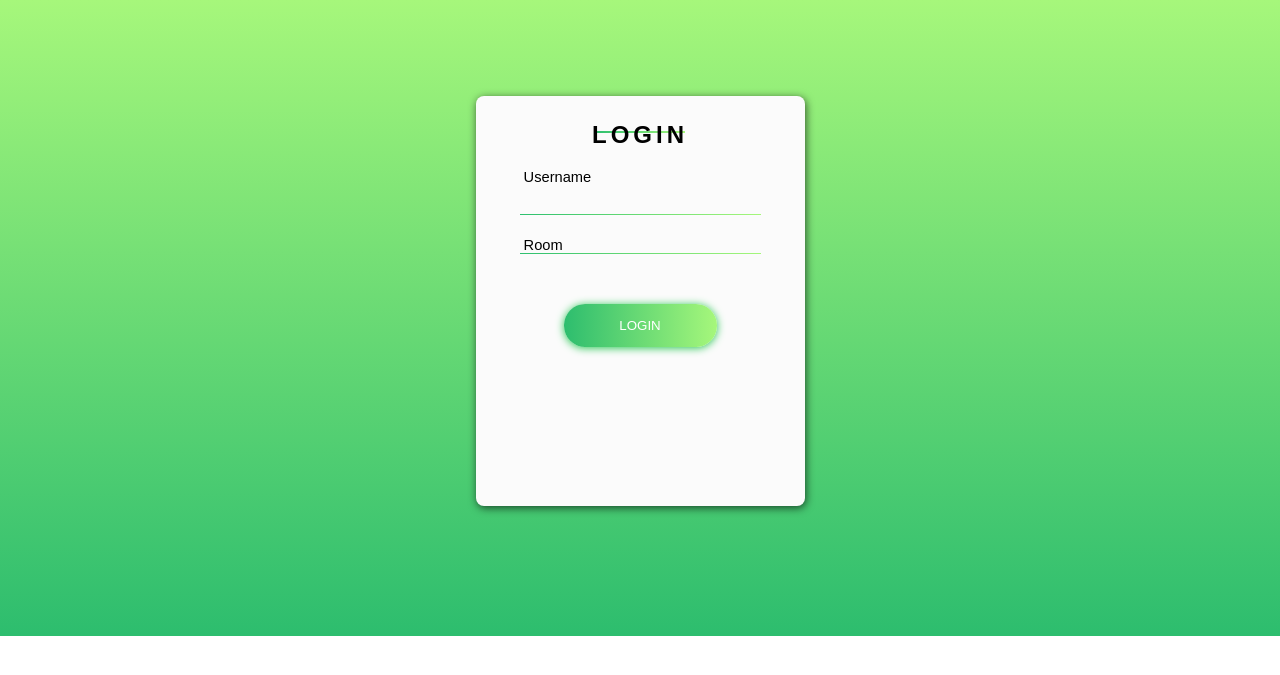
Repository: satyam12116/chat
Page: public/index.html
These files come from the project's save history. The page is drawn as it stood at one moment and after a run of saves; the edit follows.
The browser window is 1280 px wide. The pictures show the whole page.
Some web libraries are served in a nearby version.

Above is the page before, as saved 2023-03-26 11:13:05.

### public/index.html
<!DOCTYPE html>
<html lang="en">
	<head>
		<meta charset="UTF-8" />
		<meta name="viewport" content="width=device-width, initial-scale=1.0" />
		<meta http-equiv="X-UA-Compatible" content="ie=edge" />
		<link
			rel="stylesheet"
			href="https://cdnjs.cloudflare.com/ajax/libs/font-awesome/5.12.1/css/all.min.css"
			integrity="sha256-mmgLkCYLUQbXn0B1SRqzHar6dCnv9oZFPEC1g1cwlkk="
			crossorigin="anonymous"
		/>
		<link rel="stylesheet" href="css/style.css" />
		<title>ChatCord App</title>
	</head>
	<body>
		<!-- <div class="join-container">
			<header class="join-header">
				<h1><i class="fas fa-smile"></i> ChatCord</h1>
			</header>
			<main class="join-main">
				<form action="chat.html">
					<div class="form-control">
						<label for="username">Username</label>
						<input
							type="text"
							name="username"
							id="username"
							placeholder="Enter username..."
							required
						/>
					</div>
					<div class="form-control">
						<label for="room">Room</label>
						<select name="room" id="room">
							<option value="JavaScript">JavaScript</option>
							<option value="Python">Python</option>
							<option value="PHP">PHP</option>
							<option value="C#">C#</option>
							<option value="Ruby">Ruby</option>
							<option value="Java">Java</option>
						</select>
					</div>
					<button type="submit"class="glow-on-hover">Join Chat</button>
				</form>
			</main>
		</div> -->
		<div id="card">
			<div id="card-content">
			  <div id="card-title">
				<h2>LOGIN</h2>
				<div class="underline-title"></div>
			  </div>
			  <form method="post" class="form">
				<label for="user-email" style="padding-top:13px">
					&nbsp;Username
				  </label>
				<input id="user-email" class="form-content" type="email" name="email" autocomplete="on" required />
				<div class="form-border"></div>
				<label for="user-password" style="padding-top:22px">&nbsp;Room
				  </label>
				<!-- <input id="user-password" class="form-content" type="password" name="password" required /> -->
				<div class="form-border"></div>
				<!-- <a href="#">
				  <legend id="forgot-pass">Forgot password?</legend>
				</a> -->
				<input id="submit-btn" type="submit" name="submit" value="LOGIN" />
				<!-- <a href="#" id="signup">Don't have account yet?</a> -->
			  </form>
			</div>
		  </div>
	</body>
</html>

### public/css/style.css
@import url('https://fonts.googleapis.com/css?family=Roboto&display=swap');

:root {
	--dark-color-a: #667aff;
	--dark-color-b: #7386ff;
	--light-color: #e6e9ff;
	--success-color: #5cb85c;
	--error-color: #d9534f;
}

* {
	box-sizing: border-box;
	margin: 0;
	padding: 0;
}

body {
	font-family: 'Roboto', sans-serif;
	font-size: 16px;
	background: var(--light-color);
	margin: 20px;
}

ul {
	list-style: none;
}

a {
	text-decoration: none;
}

.btn {
	cursor: pointer;
	padding: 5px 15px;
	background: var(--light-color);
	color: var(--dark-color-a);
	border: 0;
	font-size: 17px;
}

/* Chat Page */

.chat-container {
	max-width: 1100px;
	background: #fff;
	margin: 30px auto;
	overflow: hidden;
}

.chat-header {
	background: var(--dark-color-a);
	color: #fff;
	border-top-left-radius: 5px;
	border-top-right-radius: 5px;
	padding: 15px;
	display: flex;
	align-items: center;
	justify-content: space-between;
}

.chat-main {
	display: grid;
	grid-template-columns: 1fr 3fr;
}

.chat-sidebar {
	background: var(--dark-color-b);
	color: #fff;
	padding: 20px 20px 60px;
	overflow-y: scroll;
}

.chat-sidebar h2 {
	font-size: 20px;
	background: rgba(0, 0, 0, 0.1);
	padding: 10px;
	margin-bottom: 20px;
}

.chat-sidebar h3 {
	margin-bottom: 15px;
}

.chat-sidebar ul li {
	padding: 10px 0;
}

.chat-messages {
	padding: 30px;
	max-height: 500px;
	overflow-y: scroll;
}

.chat-messages .message {
	padding: 10px;
	margin-bottom: 15px;
	background-color: var(--light-color);
	border-radius: 5px;
	overflow-wrap: break-word;
}

.chat-messages .message .meta {
	font-size: 15px;
	font-weight: bold;
	color: var(--dark-color-b);
	opacity: 0.7;
	margin-bottom: 7px;
}

.chat-messages .message .meta span {
	color: #777;
}

.chat-form-container {
	padding: 20px 30px;
	background-color: var(--dark-color-a);
}

.chat-form-container form {
	display: flex;
}

.chat-form-container input[type='text'] {
	font-size: 16px;
	padding: 5px;
	height: 40px;
	flex: 1;
}

/* Join Page */
.join-container {
	max-width: 500px;
	margin: 80px auto;
	color: #fff;
}

.join-header {
	text-align: center;
	padding: 20px;
	background: var(--dark-color-a);
	border-top-left-radius: 5px;
	border-top-right-radius: 5px;
}

.join-main {
	padding: 30px 40px;
	background: var(--dark-color-b);
}

.join-main p {
	margin-bottom: 20px;
}

.join-main .form-control {
	margin-bottom: 20px;
}

.join-main label {
	display: block;
	margin-bottom: 5px;
}

.join-main input[type='text'] {
	font-size: 16px;
	padding: 5px;
	height: 40px;
	width: 100%;
}

.join-main select {
	font-size: 16px;
	padding: 5px;
	height: 40px;
	width: 100%;
}

.join-main .btn {
	margin-top: 20px;
	width: 100%;
}

@media (max-width: 700px) {
	.chat-main {
		display: block;
	}

	.chat-sidebar {
		display: none;
	}
}

.glow-on-hover {
	margin-left:150px;
	font-family: cursive;
	font-weight: bold;
    width: 120px;
    height: 50px;
    border: none;
    outline: none;
    color: black;
    background:rgb(211, 84, 84);
    cursor: pointer;
    position: relative;
    z-index: 0;
    border-radius: 10px;
}

.glow-on-hover:before {
    content: '';
    background: linear-gradient(45deg, #ff0000, #ff7300, #fffb00, #48ff00, #00ffd5, #002bff, #7a00ff, #ff00c8, #ff0000);
    position: absolute;
    top: -2px;
    left:-2px;
    background-size: 400%;
    z-index: -1;
    filter: blur(5px);
    width: calc(100% + 4px);
    height: calc(100% + 4px);
    animation: glowing 20s linear infinite;
    opacity: 0;
    transition: opacity .3s ease-in-out;
    border-radius: 10px;
}

.glow-on-hover:active {
    color:whitesmoke;
}

.glow-on-hover:active:after {
    background: transparent;
}

.glow-on-hover:hover:before {
    opacity: 1;
}

.glow-on-hover:after {
    z-index: -1;
    content: '';
    position: absolute;
    width: 100%;
    height: 100%;
    background: whitesmoke;
    left: 0;
    top: 0;
    border-radius: 10px;
}

@keyframes glowing {
    0% { background-position: 0 0; }
    50% { background-position: 400% 0; }
    100% { background-position: 0 0; }
}
a {
	text-decoration: none;
  }
  body {
	background: -webkit-linear-gradient(bottom, #2dbd6e, #a6f77b);
	background-repeat: no-repeat;
  }
  label {
	font-family: "Raleway", sans-serif;
	font-size: 11pt;
  }
  #forgot-pass {
	color: #2dbd6e;
	font-family: "Raleway", sans-serif;
	font-size: 10pt;
	margin-top: 3px;
	text-align: right;
  }
  #card {
	background: #fbfbfb;
	border-radius: 8px;
	box-shadow: 1px 2px 8px rgba(0, 0, 0, 0.65);
	height: 410px;
	margin: 6rem auto 8.1rem auto;
	width: 329px;
  }
  #card-content {
	padding: 12px 44px;
  }
  #card-title {
	font-family: "Raleway Thin", sans-serif;
	letter-spacing: 4px;
	padding-bottom: 23px;
	padding-top: 13px;
	text-align: center;
  }
  #signup {
	color: #2dbd6e;
	font-family: "Raleway", sans-serif;
	font-size: 10pt;
	margin-top: 16px;
	text-align: center;
  }
  #submit-btn {
	background: -webkit-linear-gradient(right, #a6f77b, #2dbd6e);
	border: none;
	border-radius: 21px;
	box-shadow: 0px 1px 8px #24c64f;
	cursor: pointer;
	color: white;
	font-family: "Raleway SemiBold", sans-serif;
	height: 42.3px;
	margin: 0 auto;
	margin-top: 50px;
	transition: 0.25s;
	width: 153px;
  }
  #submit-btn:hover {
	box-shadow: 0px 1px 18px #24c64f;
  }
  .form {
	align-items: left;
	display: flex;
	flex-direction: column;
  }
  .form-border {
	background: -webkit-linear-gradient(right, #a6f77b, #2ec06f);
	height: 1px;
	width: 100%;
  }
  .form-content {
	background: #fbfbfb;
	border: none;
	outline: none;
	padding-top: 14px;
  }
  .underline-title {
	background: -webkit-linear-gradient(right, #a6f77b, #2ec06f);
	height: 2px;
	margin: -1.1rem auto 0 auto;
	width: 89px;
  }

After the next 2 saves:
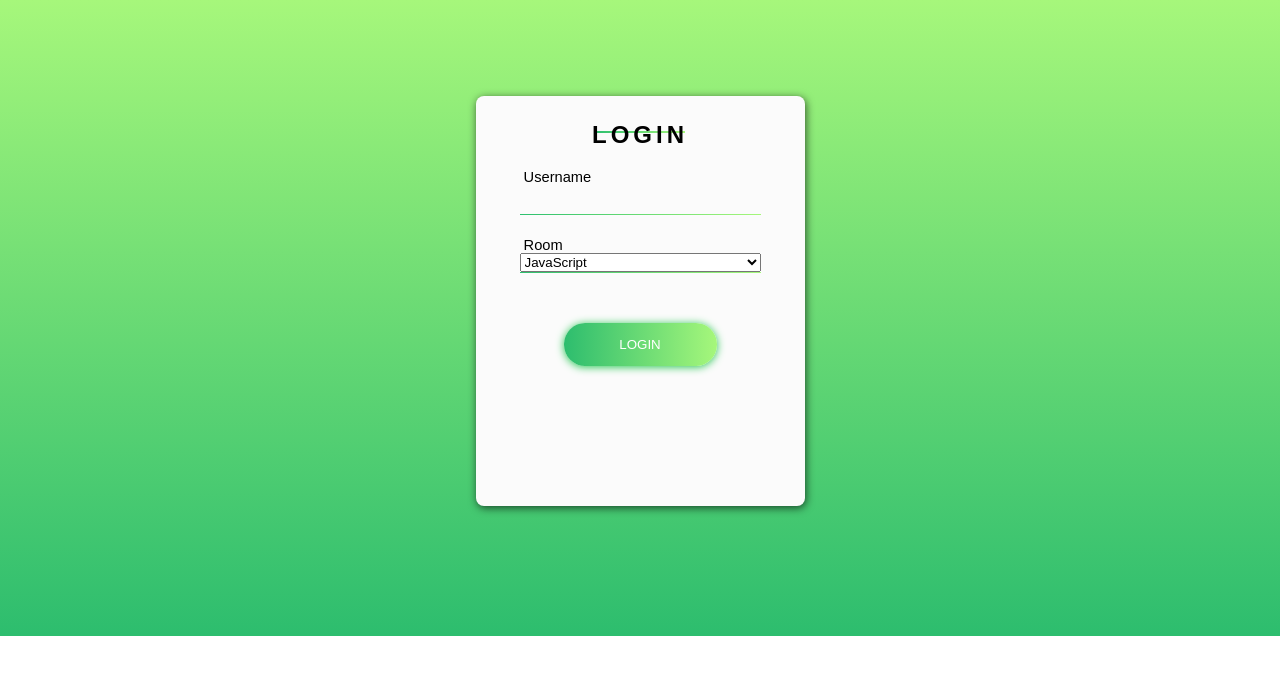
The 2 saves are shown as one change because they came seconds apart.
The last was saved 6 s later.
--- a/public/index.html
+++ b/public/index.html
@@ -60,6 +60,14 @@
 				<label for="user-password" style="padding-top:22px">&nbsp;Room
 				  </label>
 				<!-- <input id="user-password" class="form-content" type="password" name="password" required /> -->
+				<select name="room" id="room">
+					<option value="JavaScript">JavaScript</option>
+					<option value="Python">Python</option>
+					<option value="PHP">PHP</option>
+					<option value="C#">C#</option>
+					<option value="Ruby">Ruby</option>
+					<option value="Java">Java</option>
+				</select>
 				<div class="form-border"></div>
 				<!-- <a href="#">
 				  <legend id="forgot-pass">Forgot password?</legend>
